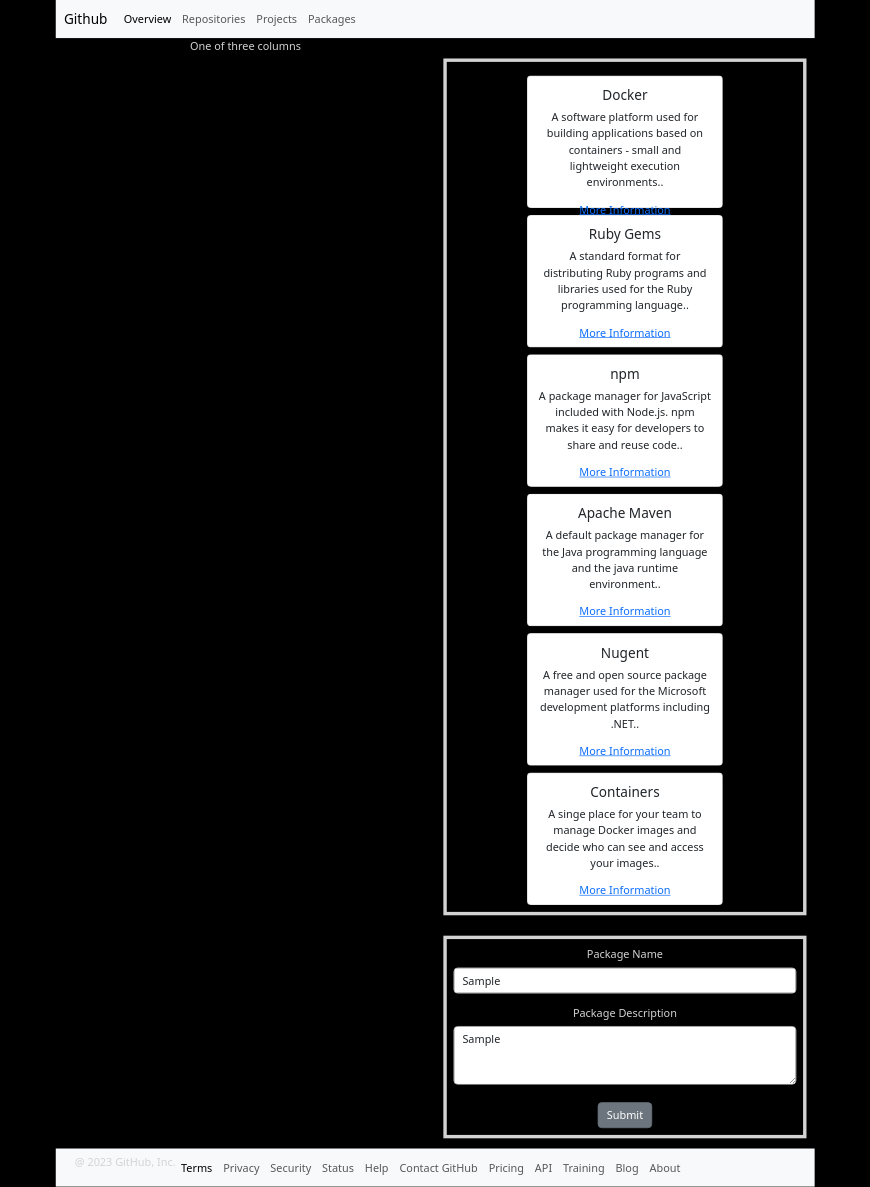
Repository: nss-evening-cohort-E23/gitsub-pull-request-posse
Page: packages.html
These files come from the project's save history. The page is drawn as it stood at one moment and after the next save; the edit follows.
The browser window is 1280 px wide. The pictures show the whole page, at 68% of full size.
Empty fields were first filled with sample values (such as "Sample", 5 or name@example.com).
After loading, the first visible `form.form` was submitted once.

Above is the page before, as saved 2023-05-09 19:21:37.
Console error: ReferenceError: packagesOnDome is not defined

### packages.html
<!DOCTYPE html>
<html lang="en">
<head>
  <meta charset="UTF-8">
  <meta http-equiv="X-UA-Compatible" content="IE=edge">
  <meta name="viewport" content="width=device-width, initial-scale=1.0">
  <link href="https://cdn.jsdelivr.net/npm/bootstrap@5.3.0-alpha3/dist/css/bootstrap.min.css" rel="stylesheet" integrity="sha384-KK94CHFLLe+nY2dmCWGMq91rCGa5gtU4mk92HdvYe+M/SXH301p5ILy+dN9+nJOZ" crossorigin="anonymous">
  <link rel="stylesheet" href="packages.css">
  <title>Packages</title>
</head>
<body>
  <div class="container" id="master">
    <div id="navigate">
      <nav class="navbar navbar-expand-lg bg-body-tertiary">
        <div class="container-fluid">
          <a class="navbar-brand" href="#">Github</a>
          <button class="navbar-toggler" type="button" data-bs-toggle="collapse" data-bs-target="#navbarNavAltMarkup" aria-controls="navbarNavAltMarkup" aria-expanded="false" aria-label="Toggle navigation">
            <span class="navbar-toggler-icon"></span>
          </button>
          <div class="collapse navbar-collapse" id="navbarNavAltMarkup">
            <div class="navbar-nav">
              <a class="nav-link active" aria-current="page" href="#">Overview</a>
              <a class="nav-link" href="#">Repositories</a>
              <a class="nav-link" href="#">Projects</a>
              <a class="nav-link" href="#">Packages</a>
            </div>
          </div>
        </div>
      </nav>
    </div>
   <div class="container text-center">
    <div class="row align-items-start">
    <!-- 2 columns | first column for static bio -->
    <div class="col" id="bio">
      One of three columns

    </div>
    <div class="col">
      <!-- <h2><b><u>Packages</u></b></h2> -->
      <div id="packages"></div>
      <form class="form">
      <div id="newPackage">
      <div class="mb-3">
        <label for="exampleFormControlInput1" class="form-label">Package Name</label>
        <input type="text" class="form-control" id="name" placeholder="enter package name">
      </div>
      <div class="mb-3">
        <label for="exampleFormControlTextarea1" class="form-label">Package Description</label>
        <textarea class="form-control" id="description" rows="3"></textarea>
      </div>
      <button type="submit" class="btn btn-secondary" id="submit">Submit</button>
    </div>
  </form>
  </div>
  </div>
</div>
<!-- Footer -->

<div class="footer">
<nav class="navbar navbar-expand-lg bg-body-tertiary">
  <div class="container-fluid">
    <a class="navbar-brand" href="#"></a>
    <button class="navbar-toggler" type="button" data-bs-toggle="collapse" data-bs-target="#navbarNav" aria-controls="navbarNav" aria-expanded="false" aria-label="Toggle navigation">
      <span class="navbar-toggler-icon"></span>
    </button>
    <div class="collapse navbar-collapse" id="footer">
      <p>@ 2023 GitHub, Inc.</p>
      <div id="ftr-links">
      <ul class="navbar-nav">
        <li class="nav-item">
          <a class="nav-link active" aria-current="page" href="#">Terms</a>
        </li>
        <li class="nav-item">
          <a class="nav-link" href="#">Privacy</a>
        </li>
        <li class="nav-item">
          <a class="nav-link" href="#">Security</a>
        </li>
        <li class="nav-item">
          <a class="nav-link" href="#">Status</a>
        </li>
        <li class="nav-item">
          <a class="nav-link" href="#">Help</a>
        </li>
      </ul>

      <ul class="navbar-nav">
        <li class="nav-item">
          <a class="nav-link" href="#">Contact GitHub</a>
        </li>
        <li class="nav-item">
          <a class="nav-link" href="#">Pricing</a>
        </li>
        <li class="nav-item">
          <a class="nav-link" href="#">API</a>
        </li>
        <li class="nav-item">
          <a class="nav-link" href="#">Training</a>
        </li>
        <li class="nav-item">
          <a class="nav-link" href="#">Blog</a>
        </li>
        <li class="nav-item">
          <a class="nav-link" href="#">About</a>
        </li>
      </ul>
    </div>
  </div>
</nav>
</div>
</div>
</div>
</div>
  <script src="main.js"></script>
  <script src="https://cdn.jsdelivr.net/npm/bootstrap@5.3.0-alpha3/dist/js/bootstrap.bundle.min.js" integrity="sha384-ENjdO4Dr2bkBIFxQpeoTz1HIcje39Wm4jDKdf19U8gI4ddQ3GYNS7NTKfAdVQSZe" crossorigin="anonymous"></script>
</body>
</html>

### packages.css
body {
  background-color: black;
  color: lightgray;
  flex: auto;
}

#master {
  display: flex;
  flex-direction: column;
  height: 100vh;
}

#navigate {
  flex: none;



}

.footer {
  margin-top: auto;
  justify-content: space-around;

}

#ftr-links {
  display: flex;
  flex-direction: row;
  justify-content: space-between;

}

#packages {
  display: flex;
  flex-direction: row;
  flex-wrap: wrap;
  justify-content: space-around;
  margin: 0 auto;
  width: 100%;
  border: 5px solid lightgray;
  padding: 10px;
  margin-top: 30px;

}

.card {
 height: 195px;
 margin-top: 10px;
}

#newPackage {
  border: 5px solid lightgray;
  margin-top: 30px;
  margin-bottom: 15px;
  padding: 10px;
}

#submit {
  margin-top: 10px;
}

### main.js

const renderToDom = (divId, htmltoRender) => {
  let targetedDiv = document.getElementById(divId);
  targetedDiv.innerHTML = htmltoRender;
};

const reposCardsOnDom = () => {
  let domString = "";
  domString += `

  `;
};

// packages array
const packages = [
  {
    id: 1,
    name: 'Docker',
    description: 'A software platform used for building applications based on containers - small and lightweight execution environments.',

  },

  {
    id: 2,
    name: 'Ruby Gems',
    description: 'A standard format for distributing Ruby programs and libraries used for the  Ruby programming language.',

  },

  {
    id: 3,
    name: 'npm',
    description: 'A package manager for JavaScript included with Node.js. npm makes it easy for developers to share and reuse code.',

  },

  {
    id: 4,
    name: 'Apache Maven',
    description: 'A default package manager for the Java programming language and the java runtime environment.',

  },

  {
    id: 5,
    name: 'Nugent',
    description: 'A free and open source package manager used for the Microsoft development platforms including .NET.',

  },

  {
    id: 6,
    name: 'Containers',
    description: 'A singe place for your team to manage Docker images and decide who can see and access your images.',
  },
]

// packages
const packagesOnDom = (array) => {
  let domString = "";

// package cards
for (const package of array) {
  domString += `<div class="card" style="width: 18rem;" id="pkgs">
  <div class="card-body">
    <h5 class="card-title">${package.name}</h5>
    <p class="card-text">${package.description}.</p>
    <a href="#" class="card-link">More Information</a>
  </div>
</div>`
}
renderToDom("packages", domString);

}
packagesOnDom(packages);

const startApp = () => {
  packagesOnDom(packages);
}

const form = document.querySelector('.form');

const createNewPackage = (e) => {
  e.preventDefault();

  const newPackage = {
    id: packages.length + 1,
    name: document.querySelector('#name').value,
    description: document.querySelector('#description').value,
  }

  packages.push(newPackage);
  packagesOnDome(packages);
  form.reset();
}

form.addEventListener('submit', createNewPackage);

startApp();

After the next save:
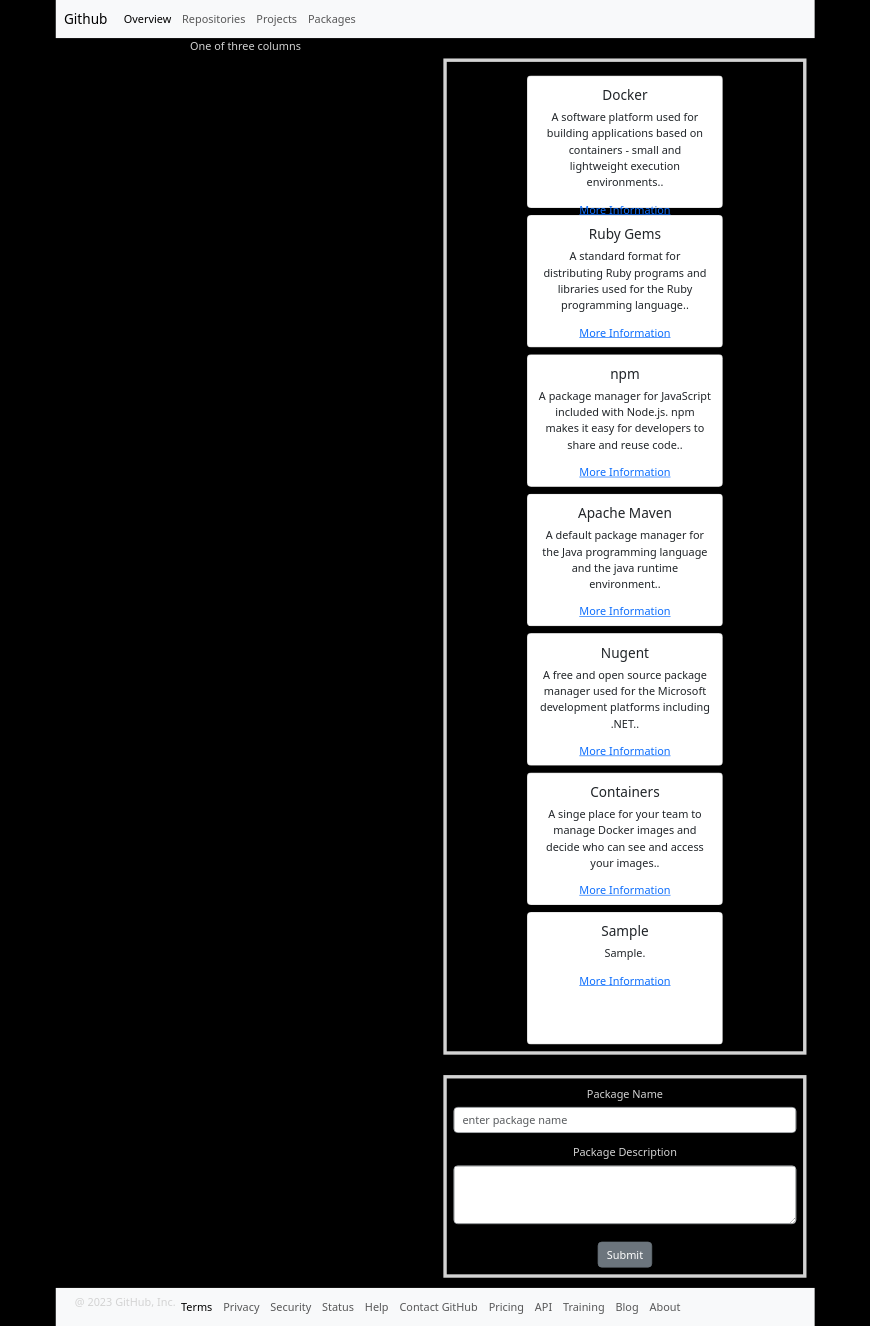
The error is gone.
Saved 66 s later.
--- a/main.js
+++ b/main.js
@@ -90,7 +90,7 @@
   }
 
   packages.push(newPackage);
-  packagesOnDome(packages);
+  packagesOnDom(packages);
   form.reset();
 }
 
